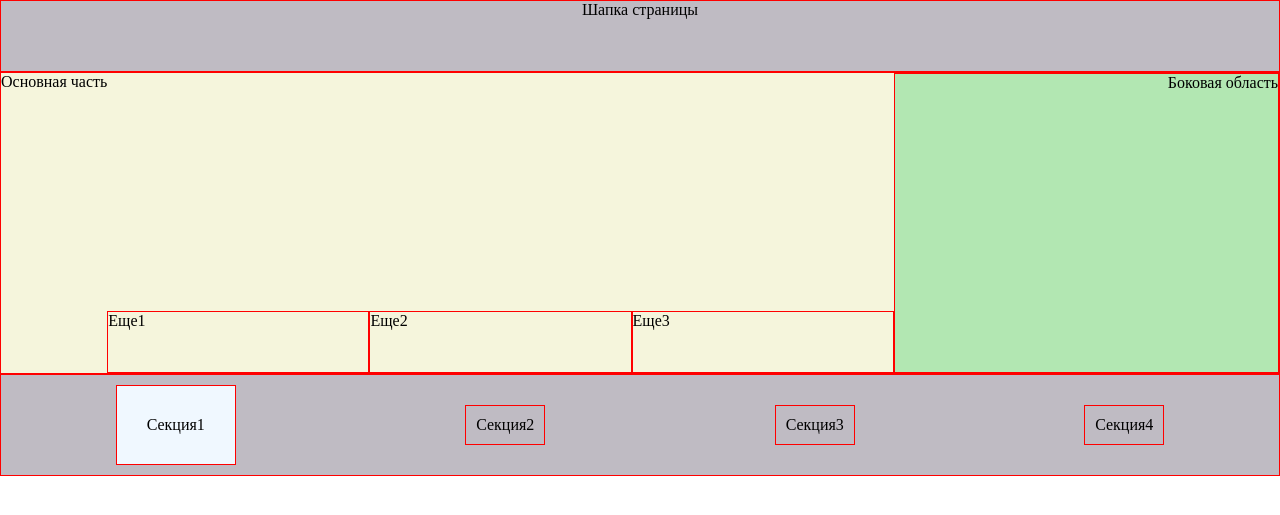
Repository: IrinaGetmanenko/week5
Page: week5/index.html
The author's editor kept a copy of each file at every save. The page is drawn from the files as they stood at one save, then again after the next save.
The browser window is 1280 px wide. The pictures show the whole page.

Above is the page before, as saved 2022-08-28 19:59:43.

After the next save:
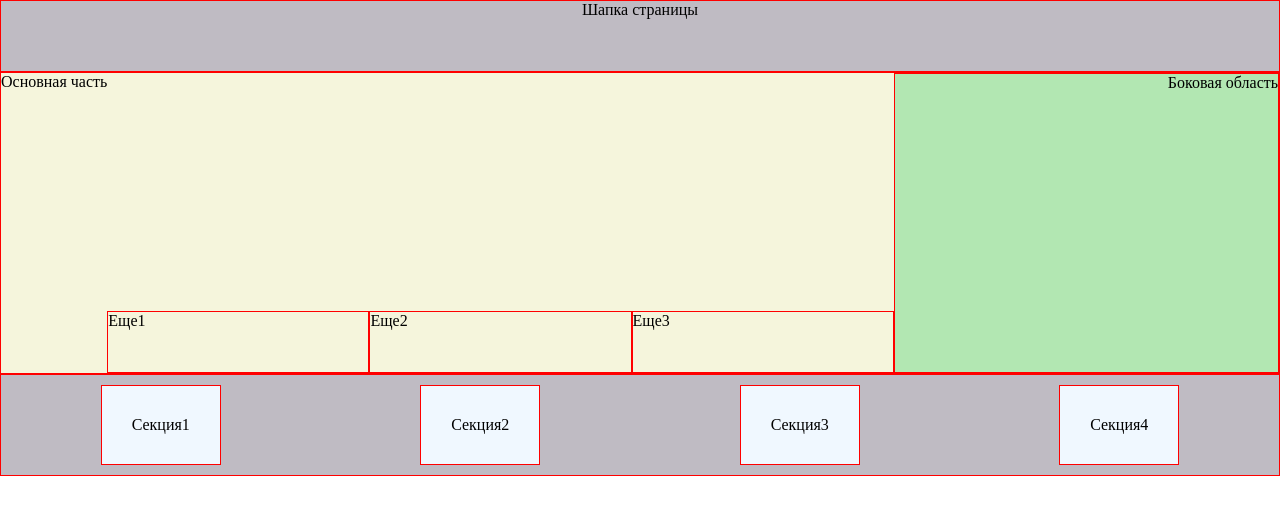
Saved 31 s later.
--- a/week5/index.html
+++ b/week5/index.html
@@ -80,17 +80,20 @@
 .f2{
     border: 1px solid red;
     align-self: center;
-    padding: 10px;
+    padding: 30px;
+    background-color: aliceblue;
 }
 .f3{
     border: 1px solid red;
     align-self: center;
-    padding: 10px;
+    padding: 30px;
+    background-color: aliceblue;
 }
 .f4{
     border: 1px solid red;
     align-self: center;
-    padding: 10px;
+    padding: 30px;
+    background-color: aliceblue;
 }
     </style>
 </head>
